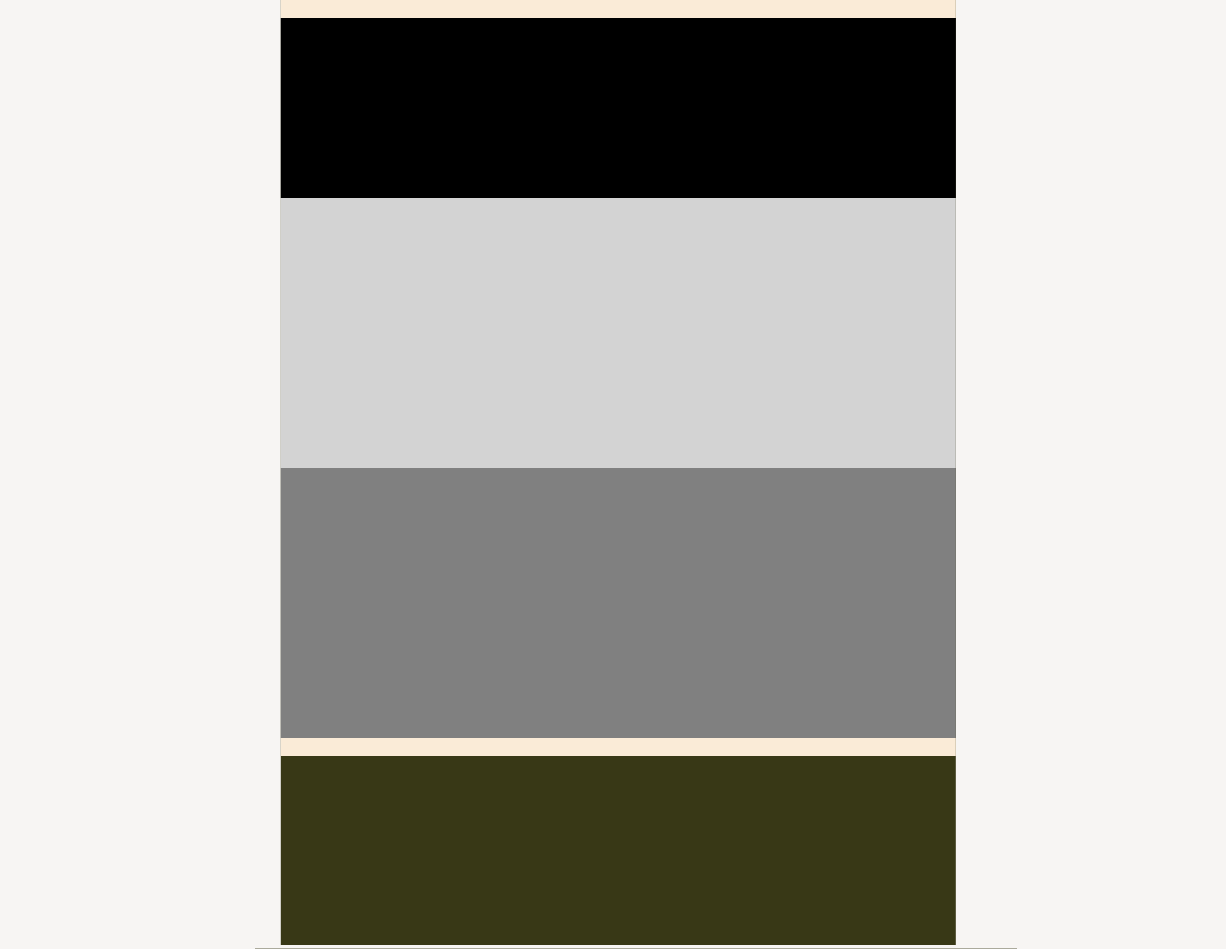
Repository: roge64/htmlfrontend
Page: index.html
These files come from the project's save history. The page is drawn as it stood at one moment and after the next save; the edit follows.
The browser window is 1280 px wide. The page is 1280 px wide, then 1362 px, so the pictures cover 1362 px, including what lies to the right of the window. The pictures show the whole page, at 90% of full size.

Above is the page before, as saved 2022-03-01 15:38:00.

After the next save:
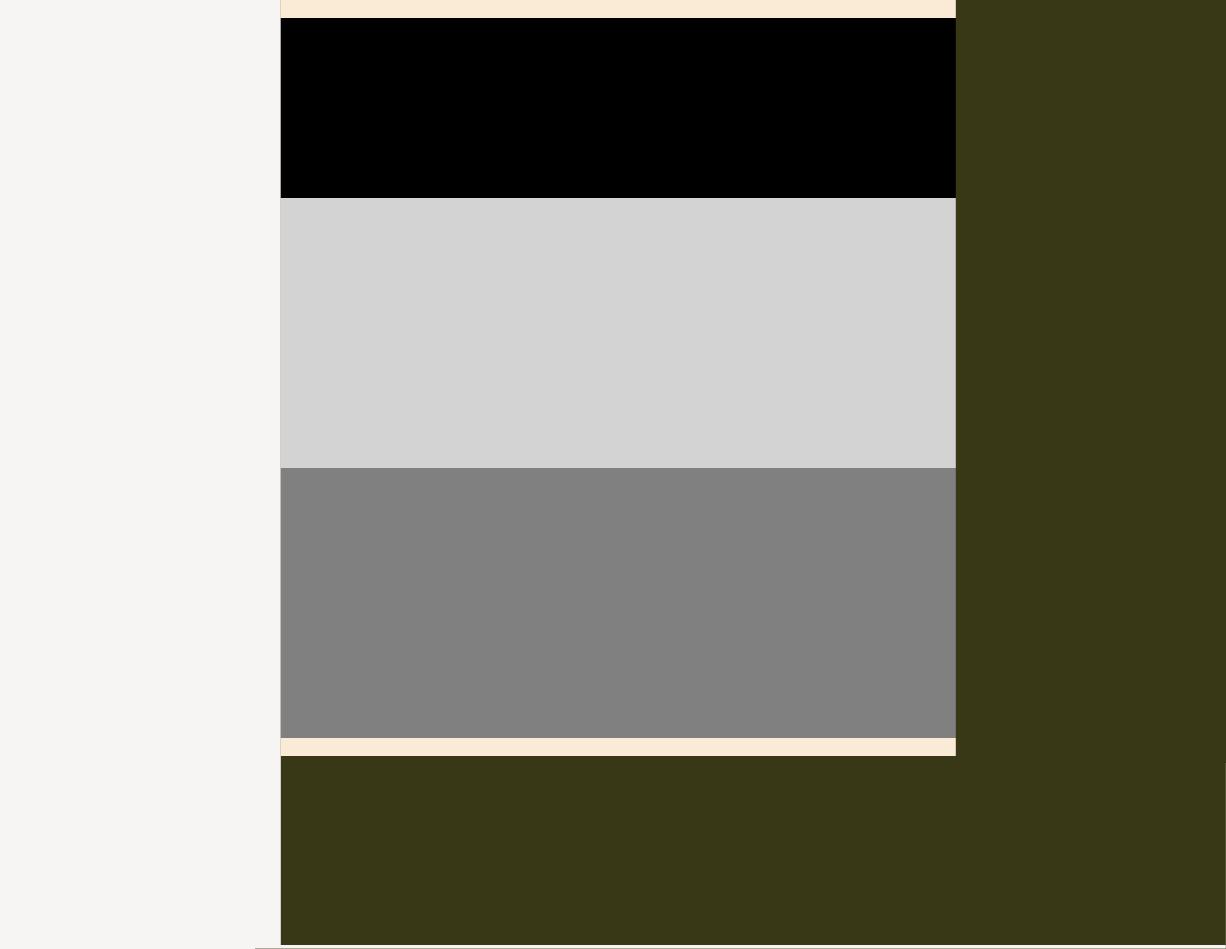
Saved 59 s later.
--- a/estilos/estilos.css
+++ b/estilos/estilos.css
@@ -24,7 +24,7 @@
 #container{
     background-color:rgb(56, 56, 22);
     height: 1050px;
-    width: 750px;
+    width: 1050px;
 
 }
 
